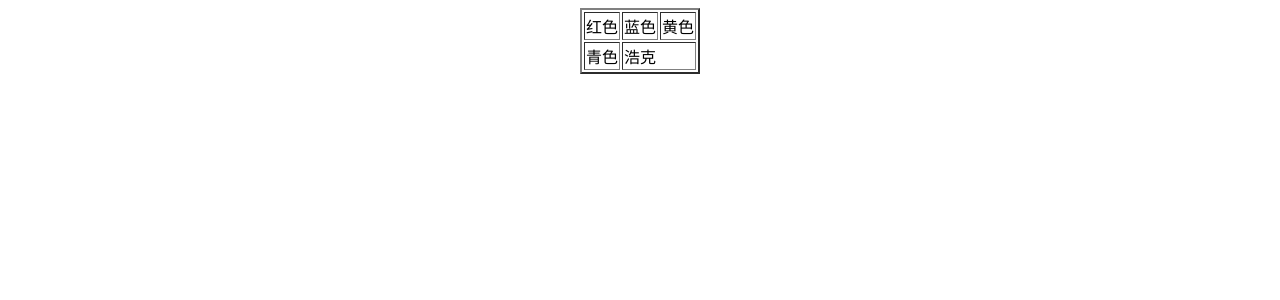
Repository: Yeyuehuke/Webstudy-Feidian
Page: 01-HTMLlearning/02-HTMLBasics/11-Tables.html
The author's editor kept a copy of each file at every save. The page is drawn from the files as they stood at one save, then again after the next save.
The browser window is 1280 px wide. The pictures show the whole page.

Above is the page before, as saved 2020-05-17 15:11:28.

### 01-HTMLlearning/02-HTMLBasics/11-Tables.html
<html>
    <head>
        <title>我的网页</title>
    </head>
    <body>
        <table align="center" border="2">
            <tr>
                <td bgcolor="">红色</td>
                <td>蓝色</td>
                <td>黄色</td>
            </tr>
            <tr>
                <td>青色</td>
                <td colspan="2">浩克</td>
            </tr>
        </table>
    </body>
</html>

After the next save:
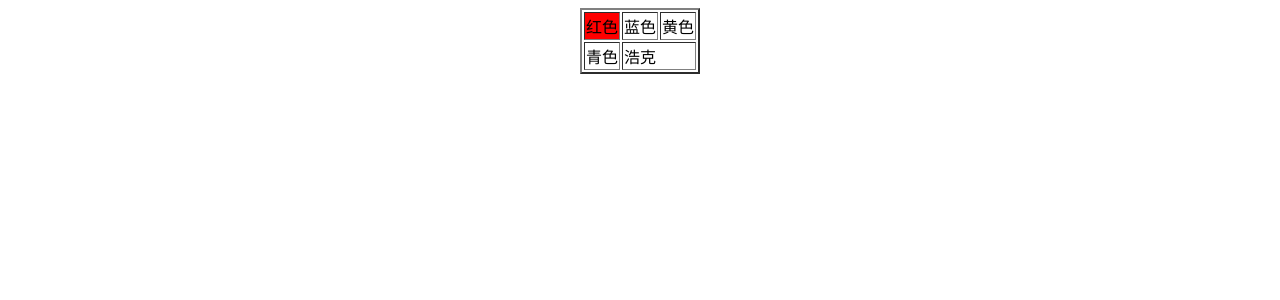
Saved 5 s later.
--- a/01-HTMLlearning/02-HTMLBasics/11-Tables.html
+++ b/01-HTMLlearning/02-HTMLBasics/11-Tables.html
@@ -5,7 +5,7 @@
     <body>
         <table align="center" border="2">
             <tr>
-                <td bgcolor="">红色</td>
+                <td bgcolor="red">红色</td>
                 <td>蓝色</td>
                 <td>黄色</td>
             </tr>
